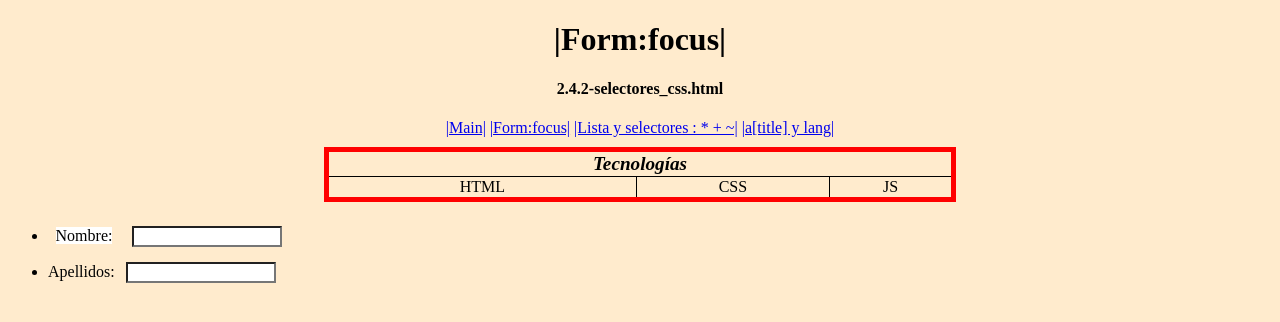
Repository: cesarsant0203/My_Study
Page: Introducción al desarrollo web/2-Css/2.4.2-selectores_css.html
The author's editor kept a copy of each file at every save. The page is drawn from the files as they stood at one save, then again after a run of saves.
The browser window is 1280 px wide. The pictures show the whole page.

Above is the page before, as saved 2020-04-28 17:33:10.

After the next 2 saves:
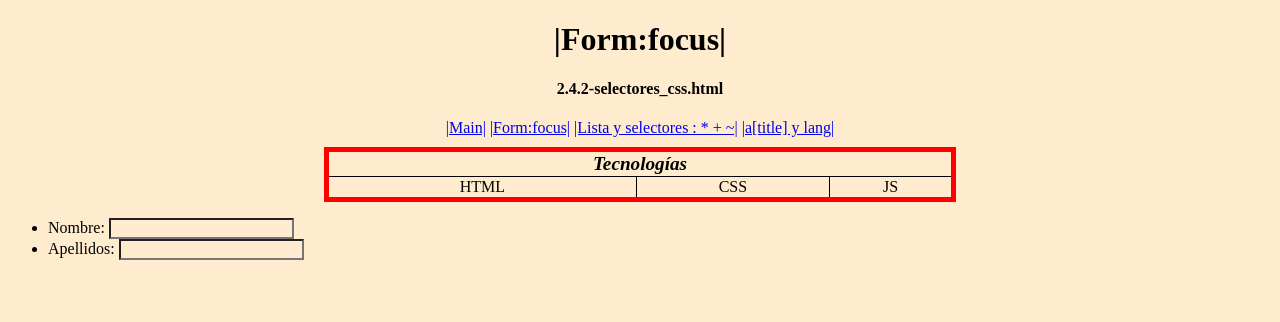
The 2 saves are shown as one change because they came seconds apart.
The last was saved 8 s later.
--- a/Introducción al desarrollo web/2-Css/2.4.2-selectores_css.css
+++ b/Introducción al desarrollo web/2-Css/2.4.2-selectores_css.css
@@ -26,7 +26,7 @@ p:first-of-type{
     font-weight: bold;
 }
 
-input#name, input#sname, label#lname{
+input#name, input#sname, label#lname, label#{
     background-color: white;
         margin: 0.2cm;
         width: 150px;
